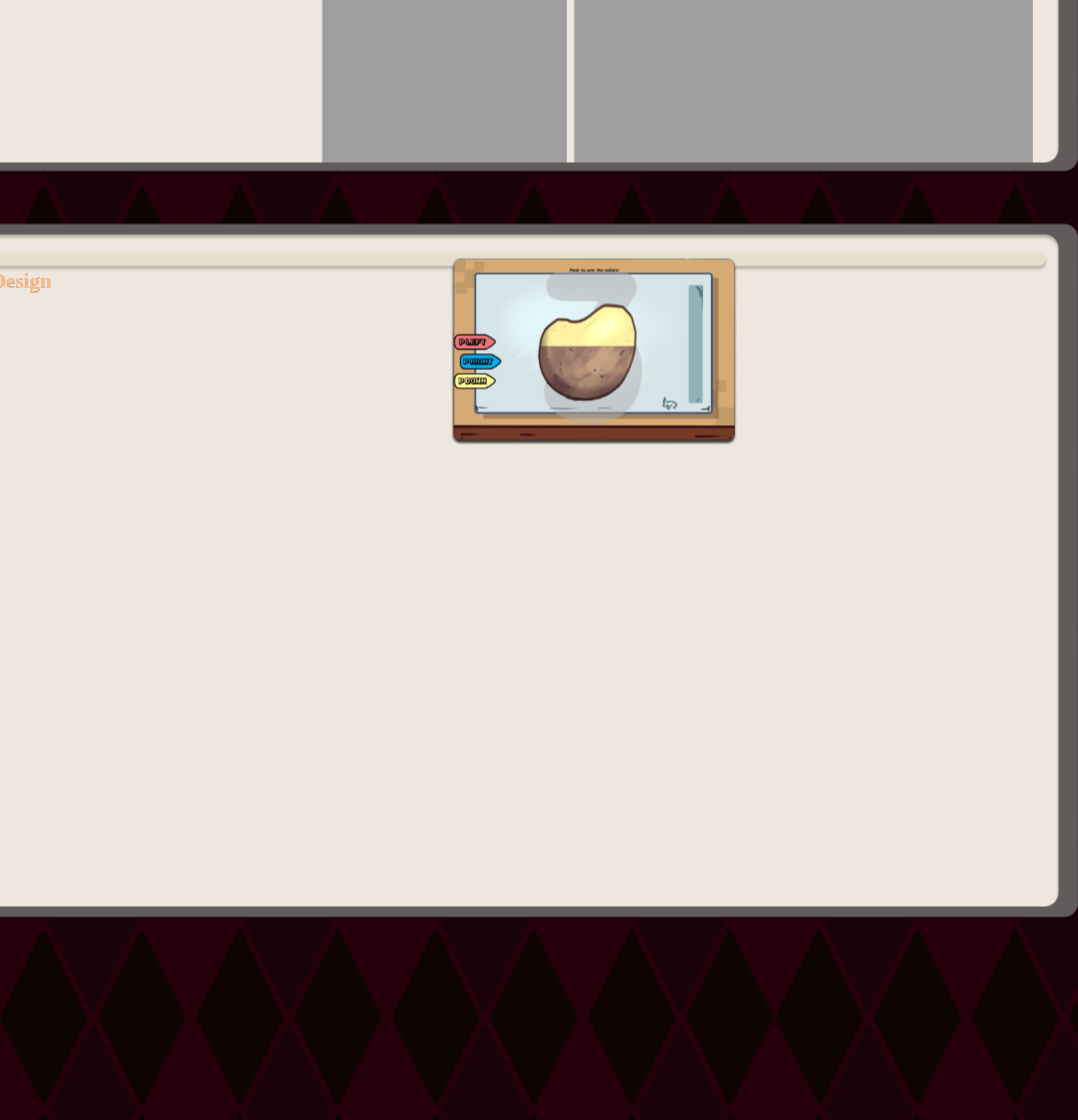
Repository: EMP-ChristinaC/Portfolio
Page: projects/potato-shuffle/potato.html
The author's editor kept a copy of each file at every save. The page is drawn from the files as they stood at one save, then again after a run of saves.
The browser window is 1280 px wide. The page is 1540 px wide, so the pictures cover 1540 px, including what lies to the right of the window. The pictures show the part of the page from y = 2407 to 4007 px (the page is 4978 px tall), at 70% of full size.
Pictures or frames that could not be fetched are drawn as grey boxes. Some web fonts or font styles are not loaded; a fallback is used.

Above is the page before, as saved 2024-12-09 13:41:23.

After the next 3 saves:
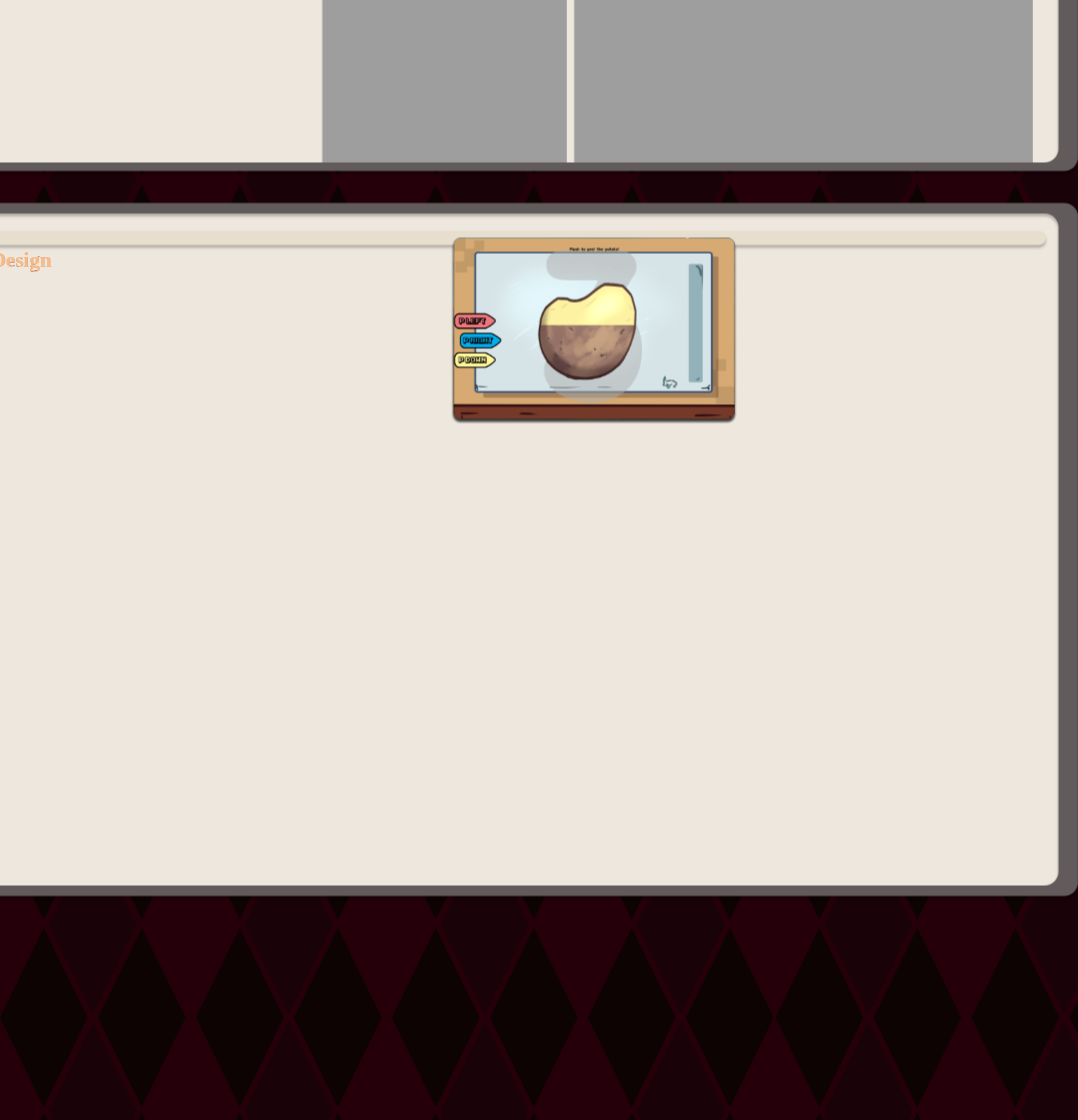
The 3 saves are shown as one change because they came seconds apart.
The last was saved 10 s later.
--- a/projects/potato-shuffle/potato.css
+++ b/projects/potato-shuffle/potato.css
@@ -46,7 +46,7 @@
     position: absolute;
     top: 50%;
     left: 50%;
-    transform: translate(-50%, 1330px);
+    transform: translate(-50%, 1300px);
 }
 
 
